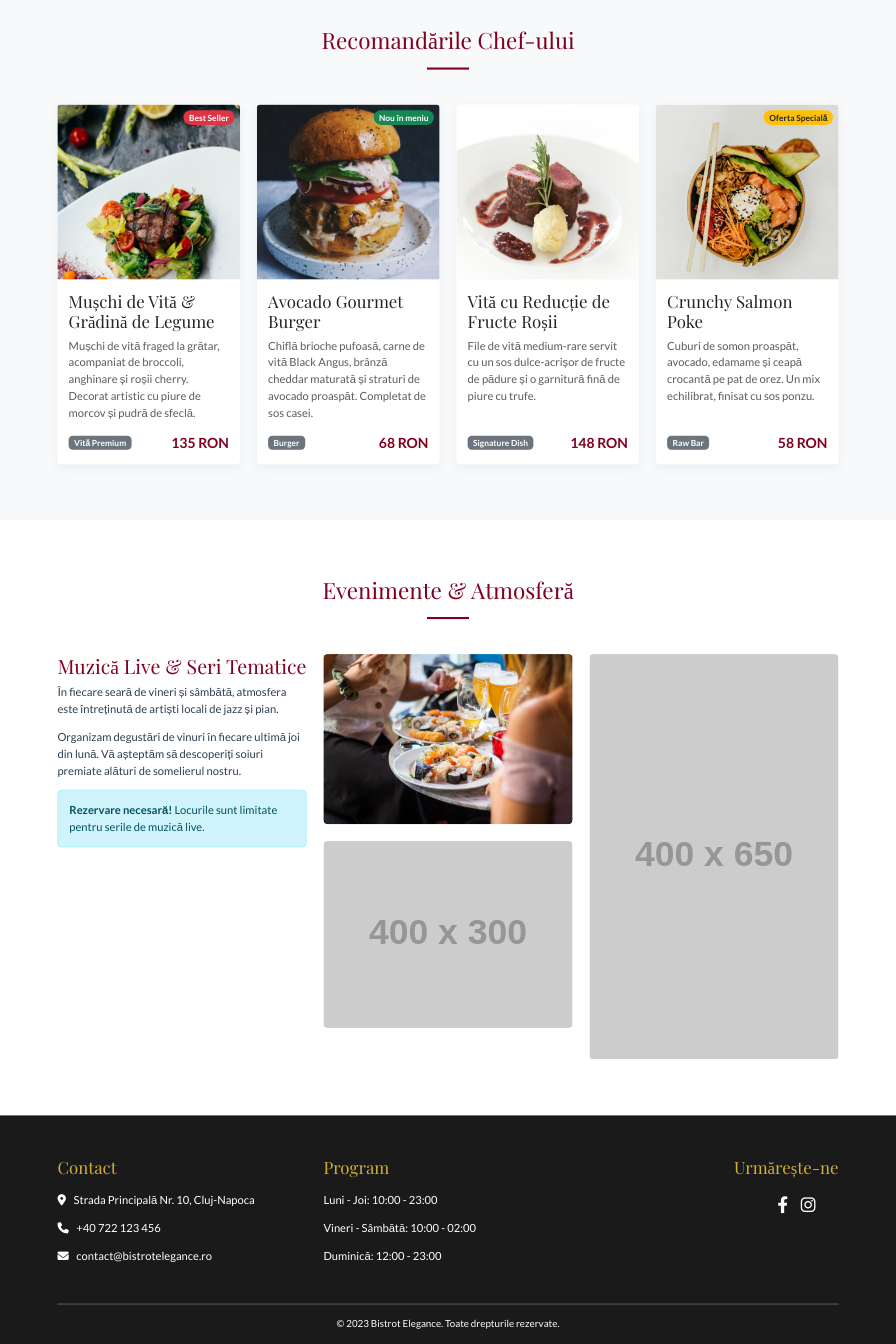
Repository: 912-Comsa-Teodora/bistrot-restaurant
Page: restaurant/index.html
An editor plug-in stored every save of this project. The page is shown before and after the next save, followed by the edit.
The browser window is 1280 px wide. The pictures show the part of the page from y = 1179 to 3099 px (the page is 3099 px tall before and 3077 px after), at 70% of full size.
A picture or video elsewhere on the page could not be fetched, so the positions and the page height are approximate.

Above is the page before, as saved 2026-01-17 13:57:56.

After the next save:
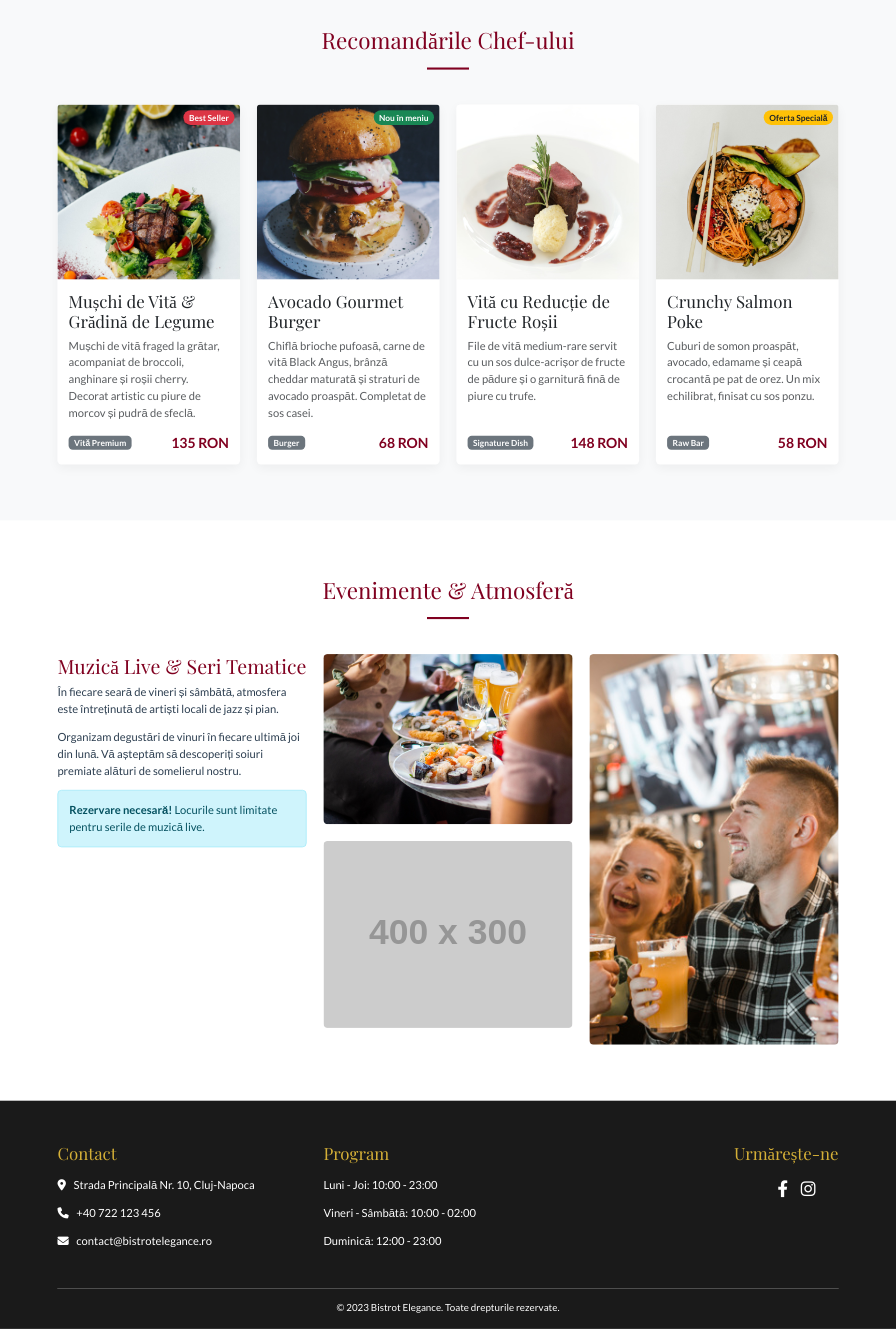
Saved 39 s later.
--- a/restaurant/index.html
+++ b/restaurant/index.html
@@ -342,7 +342,7 @@
                 </div>
 
                 <div class="col-lg-4 col-md-6">
-                    <img src="https://placehold.co/400x650/800020/fff?text=Petrecere+Privata" class="img-fluid rounded h-100 w-100" style="object-fit: cover;" alt="Grup de oameni la o masa festiva">
+                    <img src="pictures/petrecere-privata.jpg" class="img-fluid rounded h-100 w-100" style="object-fit: cover;" alt="Grup de oameni la o masa festiva">
                 </div>
             </div>
         </div>
